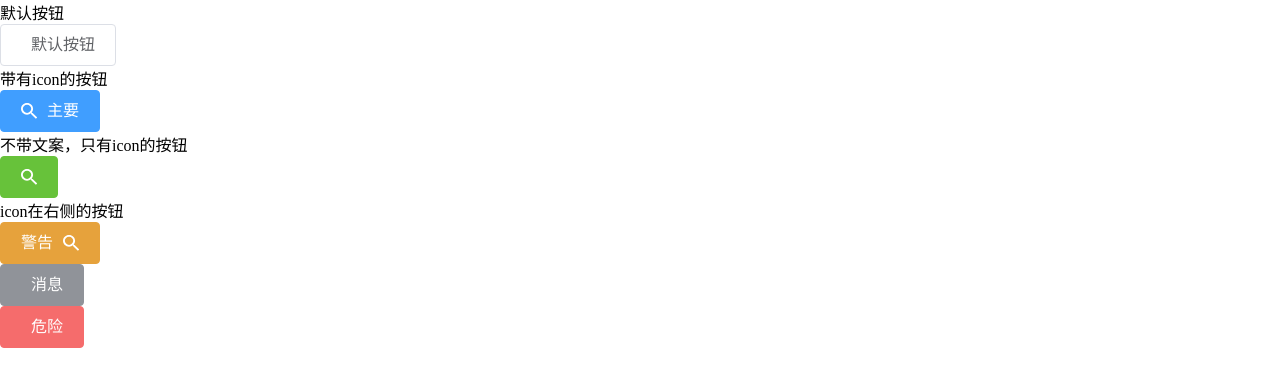
Repository: onlyadaydreamer/dreamer-ui
Page: /
The author's editor kept a copy of each file at every save. The page is drawn from the files as they stood at one save, then again after the next save.
The browser window is 1280 px wide. The pictures show the whole page.
The project was rebuilt for these pictures with package versions that can differ from the ones it lists, and the page was loaded fresh each time. Also part of the build but not shown: src/styles/icon.js, src/packages/index.js.

Above is the page before, as saved 2020-05-13 15:45:29.

After the next save:
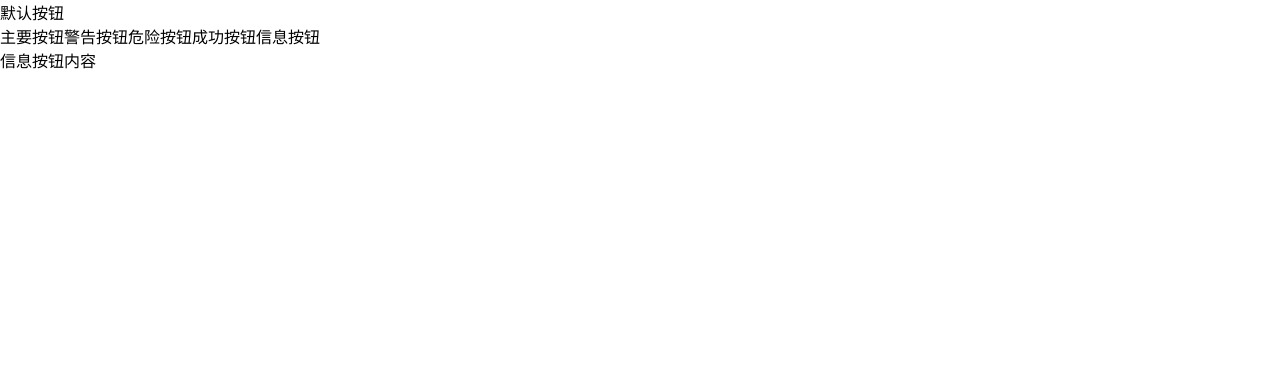
Saved 3 min 24 s later.
--- a/src/App.vue
+++ b/src/App.vue
@@ -1,18 +1,21 @@
 <template>
-  <div id="app">
-      <p>默认按钮</p>
-    <dreamer-button>默认按钮</dreamer-button>
-    <p>带有icon的按钮</p>
-    <dreamer-button type="primary" icon="search">主要</dreamer-button>
-    <p>不带文案，只有icon的按钮</p>
-    <dreamer-button type="success" icon="search"></dreamer-button>
-    <p>icon在右侧的按钮</p>
-    <dreamer-button type="warning" icon="search" icon-position="right">警告</dreamer-button>
-    <p></p>
-    <dreamer-button type="info">消息</dreamer-button>
-    <p></p>
-    <dreamer-button type="danger">危险</dreamer-button>
-  </div>
+    <div id="app">
+        <!-- 默认按钮 -->
+        <zh-button>默认按钮</zh-button>
+        <br />
+        <!-- 带类型的按钮 -->
+        <zh-button type="primary">主要按钮</zh-button>
+        <zh-button type="warning">警告按钮</zh-button>
+        <zh-button type="danger">危险按钮</zh-button>
+        <zh-button type="success">成功按钮</zh-button>
+        <zh-button type="info">信息按钮</zh-button>
+        <br />
+        <!-- 带icon的按钮 -->
+        <zh-button type="info" icon="sousuo">信息按钮</zh-button>
+        <zh-button type="primary" icon="sousuo"></zh-button>
+        <zh-button type="success" icon="sousuo" icon-position="right">内容</zh-button>
+        <br />
+    </div>
 </template>
 
 <script>
@@ -23,5 +26,4 @@ export default {
 </script>
 
 <style lang="scss">
-
 </style>
